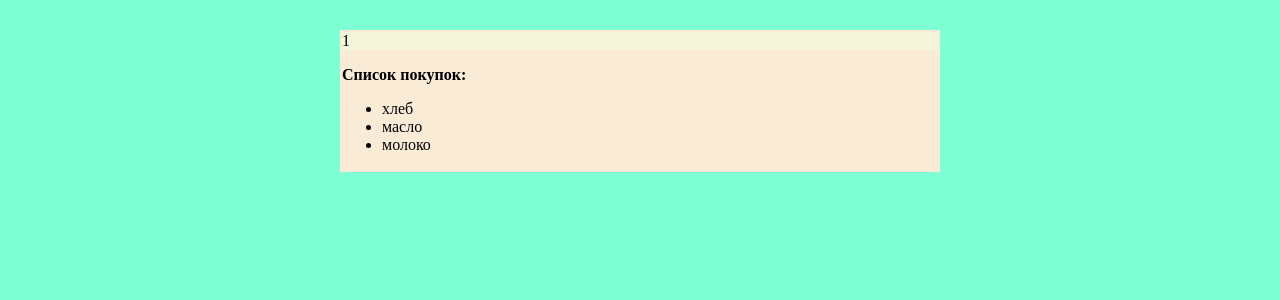
Repository: Savich01/-
Page: html/index.html
The author's editor kept a copy of each file at every save. The page is drawn from the files as they stood at one save, then again after the next save.
The browser window is 1280 px wide. The pictures show the whole page.

Above is the page before, as saved 2024-05-31 14:11:26.

### html/index.html
<!DOCTYPE html>
<html lang="en">
<head>
    <meta charset="UTF-8">
    <meta name="viewport" content="width=device-width, initial-scale=1.0">
    <title>Document</title>
    <link rel="stylesheet" href="/css/style.css">
</head>
<body>

    <header class="header">
        <div class="container">
            <section class="section1">
                <div class="blok">1</div>
                <p class="text">
                    <b>Список покупок:</b>
                </p>
                <ul class="list">
                    <li>хлеб</li>
                    <li>масло</li>
                    <li>молоко</li>
                </ul>
            </section>
        </div>
    </header>
    <main class="main">

    </main>
    <footer class="footer">

    </footer>

</body>
</html>

### css/style.css
body{
    max-width: 600px;
    height: 100%;
    margin: 0 auto;
    background-color: aquamarine;
}

.header{
    background-color: antiquewhite;
    padding: 2px;
    margin-top: 30px;
}

.blok{
    background-color:beige;
}

After the next save:
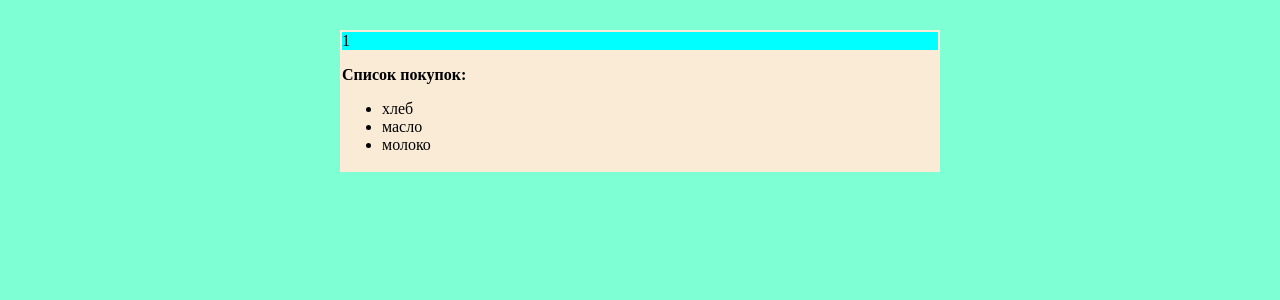
Saved 31 s later.
--- a/css/style.css
+++ b/css/style.css
@@ -12,5 +12,5 @@
 }
 
 .blok{
-    background-color:beige;
+    background-color:aqua;
 }

After the save that followed:
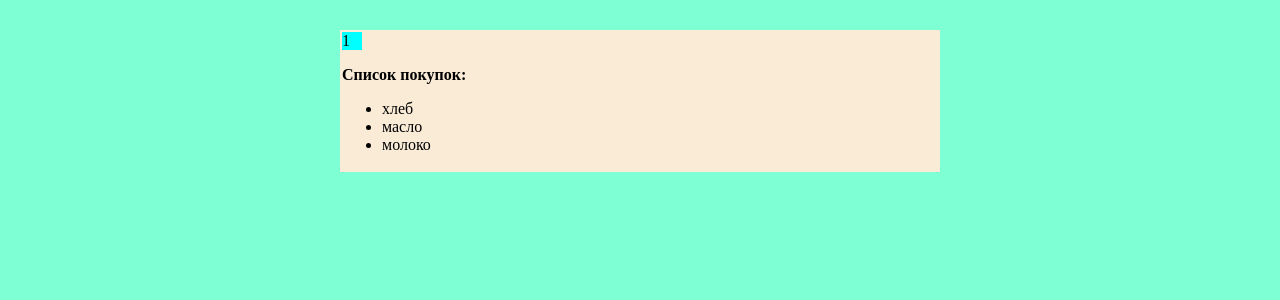
Saved 10 s later.
--- a/css/style.css
+++ b/css/style.css
@@ -13,4 +13,5 @@
 
 .blok{
     background-color:aqua;
+    width: 20px;
 }
